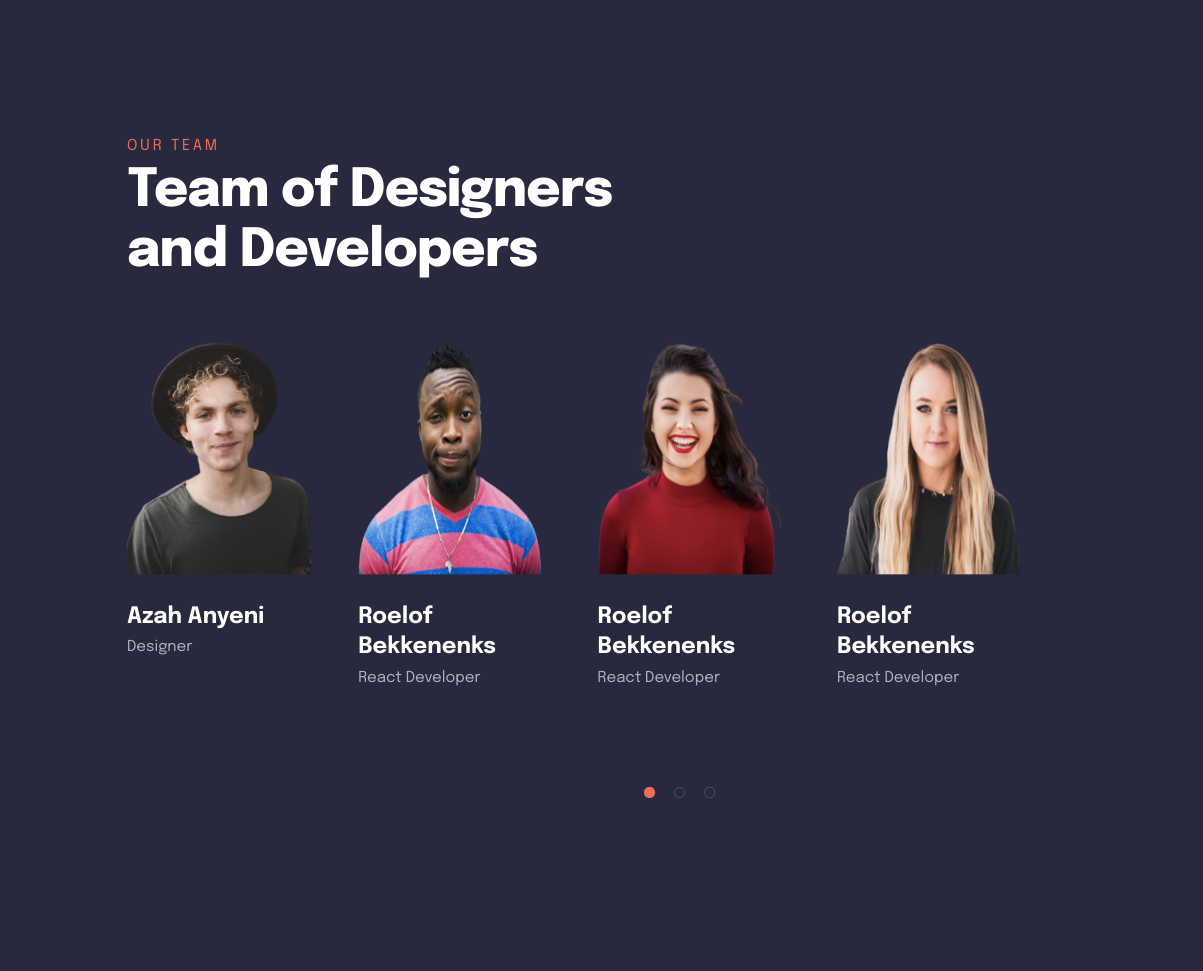
Repository: HeybetzadeQedim/task-6
Page: TEAM/index.html
These files come from the project's save history. The page is drawn as it stood at one moment and after the next save; the edit follows.
The browser window is 1280 px wide. The pictures show the whole page, at 94% of full size.

Above is the page before, as saved 2023-10-30 16:16:03.

### TEAM/index.html
<!DOCTYPE html>
<html lang="en">
  <head>
    <meta charset="UTF-8" />
    <meta name="viewport" content="width=device-width, initial-scale=1.0" />
    <title>Document</title>
    <link rel="stylesheet" href="./index.css" />
  </head>
  <body>
    <div class="main-container">
      <div class="text-container">
        <h5>Our Team</h5>
        <h2>
          Team of Designers<br />
          and Developers
        </h2>
      </div>

      <div class="box-container">
        <div class="box-1">
          <div class="img-border">
            <img src="images/Bitmap.png" />
          </div>
          <h4>Azah Anyeni</h4>
          <p>Designer</p>
        </div>

        <div class="box-1">
          <div class="img-border">
            <img src="images/Bitmap (1).png" />
          </div>
          <h4>Roelof Bekkenenks</h4>
          <p>React Developer</p>
        </div>

        <div class="box-1">
          <div class="img-border">
            <img src="images/Bitmap (2).png" />
          </div>
          <h4>Roelof Bekkenenks</h4>
          <p>React Developer</p>
        </div>

        <div class="box-1">
          <div class="img-border">
            <img src="images/Bitmap (3).png" />
          </div>
          <h4>Roelof Bekkenenks</h4>
          <p>React Developer</p>
        </div>
      </div>
      <div class="last-container">
        <img src="images/pins (1).svg" />
      </div>
    </div>
  </body>
</html>

### TEAM/index.css
@import url("https://fonts.googleapis.com/css2?family=Epilogue:wght@400;700;800&display=swap");
* {
  padding: 0;
  margin: 0;
  box-sizing: border-box;
}
.main-container {
  padding: 140px 135px 180px 135px;
  background-color: #28293e;
  min-height: 100vh;
}
.main-container .text-container h5 {
  color: var(--Text_Light_Accent, #ef6d58);
  font-feature-settings: "clig" off, "liga" off;
  font-family: Epilogue;
  font-size: 16px;
  font-style: normal;
  font-weight: 400;
  line-height: 32px;
  letter-spacing: 3px;
  text-transform: uppercase;
}
.main-container .text-container h2 {
  color: var(--Text_Light, #fff);
  font-feature-settings: "clig" off, "liga" off;
  font-family: Epilogue;
  font-size: 56px;
  font-style: normal;
  font-weight: 800;
  line-height: 64px;
  letter-spacing: -1px;
}
.box-container {
  display: flex;
  justify-content: space-between;
}
.box-1 {
  margin-top: 64px;
  margin-right: 50px;
}
.box-2 {
  padding: 24px 37px 1px 37px;
  border-radius: 6px;
  border: 1px solid #3a3c56;
  display: inline-block;
}
.box-2 img {
  width: 196px;
  height: 247px;
}
.box-1 h4 {
  margin-top: 26px;
  color: var(--Text_Light, #fff);
  font-feature-settings: "clig" off, "liga" off;
  font-family: Epilogue;
  font-size: 24px;
  font-style: normal;
  font-weight: 700;
  line-height: 32px;
}
.box-1 p {
  color: var(--Text_Light_Gray, rgba(255, 255, 255, 0.64));
  font-feature-settings: "clig" off, "liga" off;
  font-family: Epilogue;
  font-size: 16px;
  font-style: normal;
  font-weight: 400;
  line-height: 32px;
}
.box-3 {
  padding: 39px 5px 1px 6px;
  border-radius: 6px;
  border: 1px solid #3a3c56;
  display: inline-block;
}
.img-border:nth-child(3) img {
  width: 259px;
  height: 232px;
}
.box-4 {
  padding: 33px 28px 1px 37px;
  border-radius: 6px;
  border: 1px solid #3a3c56;
  display: inline-block;
}
.img-border:nth-child(1) img {
  width: 196px;
  height: 247px;
}
.img-border:nth-child(2) img {
  width: 259px;
  height: 232px;
}
.img-border:nth-child(3) img {
  width: 205px;
  height: 238px;
}
.img-border:nth-child(4) img {
  width: 230px;
  height: 233px;
}
.im {
  padding: 38px 28px 1px 12px;
  border-radius: 6px;
  border: 1px solid #3a3c56;
  display: inline-block;
}
.box-5 img {
  width: 233px;
  height: 230px;
}
.last-container img {
  margin-top: 100px;
  margin-left: 550px;
  width: 76px;
  height: 12px;
}

After the next save:
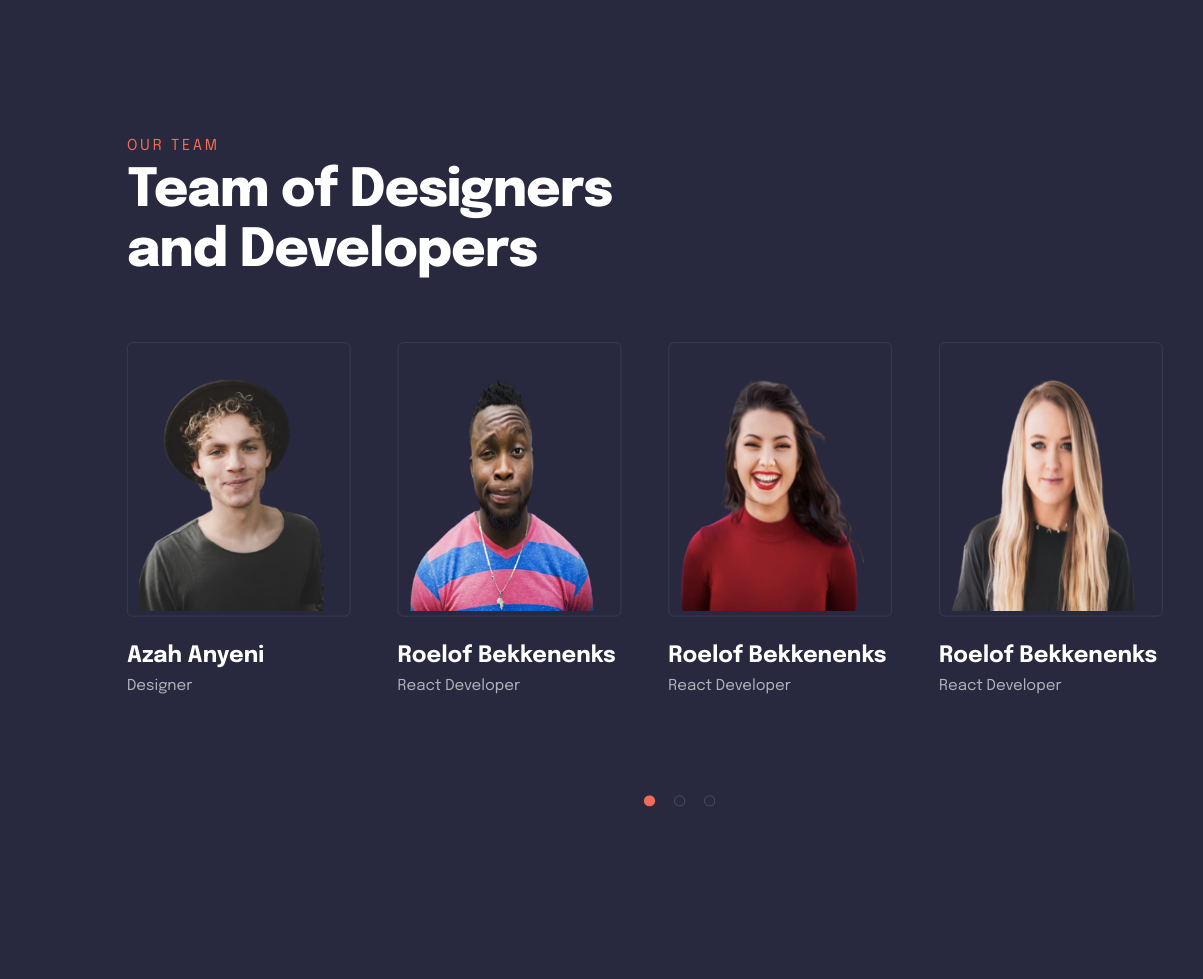
Saved 4 s later.
--- a/TEAM/index.css
+++ b/TEAM/index.css
@@ -99,7 +99,7 @@
   width: 230px;
   height: 233px;
 }
-.im {
+.img-border {
   padding: 38px 28px 1px 12px;
   border-radius: 6px;
   border: 1px solid #3a3c56;
